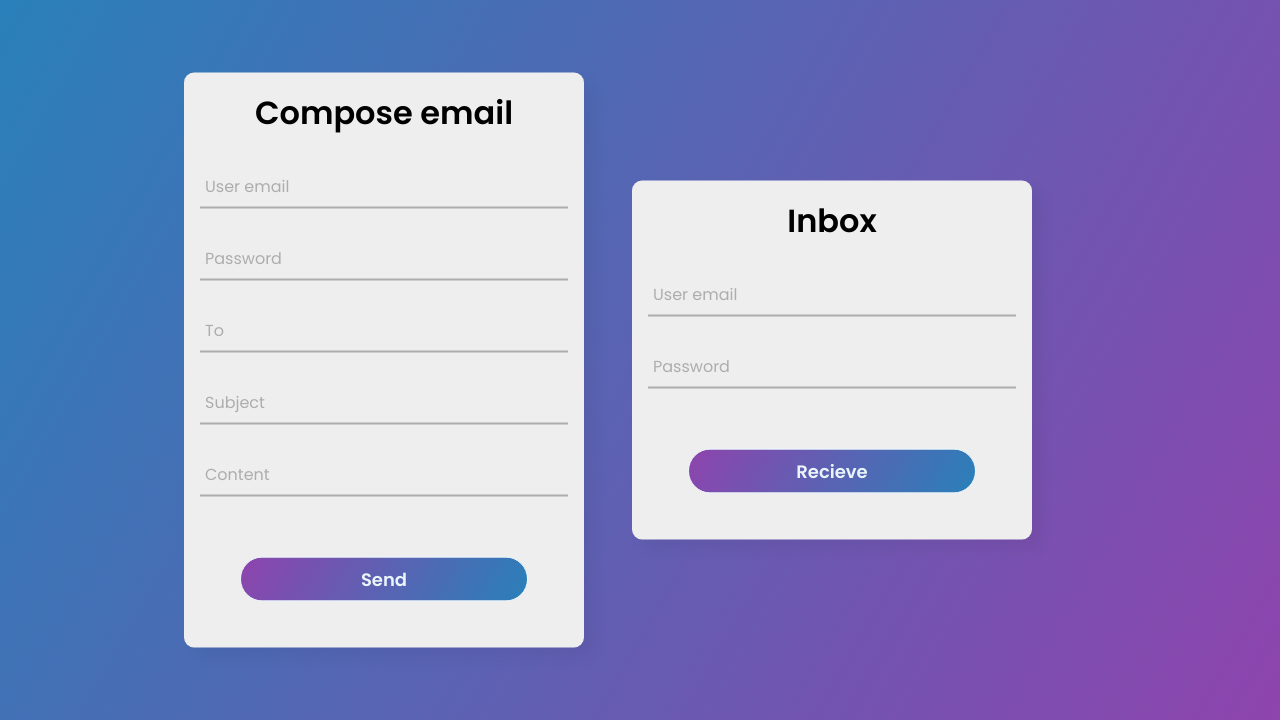
Repository: 20PW01-Abishek/Mail-EZ-in-JAVA
Page: http://localhost/javapackage/
These files come from the project's save history. The page is drawn as it stood at one moment and after the next save; the edit follows.
The browser window is 1280 px wide. The pictures show the whole page.
The page is served by Tomcat 10. Other server files are loaded and not shown.

Above is the page before, as saved 2022-11-06 05:21:41.

### Java package/javapackage/src/main/webapp/index.html
<!DOCTYPE html>
<html>
<head>
<meta charset="ISO-8859-1">
<link rel="stylesheet" href="style1.css">
<title>email-compose</title>
</head>
<body>
	<div class="parent">
	<div class="center1">
      <h1>Compose email</h1>
      <form action="compose" method="post" id="send">
        <div class="txt_field">
          <input type="text" name="from_email" required>
          <span></span>
          <label>User email</label>
        </div>
        <div class="txt_field">
          <input type="password" name="from_password" required>
          <span></span>
          <label>Password</label>
        </div>
        <div class="txt_field">
          <input type="text" name="to_email" required>
          <span></span>
          <label>To</label>
        </div>
        <div class="txt_field">
          <input type="text" name="subject" required>
          <span></span>
          <label>Subject</label>
        </div>
        <div class="txt_field">
          <input type="text" name="content" required>
          <span></span>
          <label>Content</label>
        </div>
        <input type="submit" value="Send">
      </form>
	</div>
	<div class="center2">
		<h1>Inbox</h1>
      	<form action="recieve" method="post" id="recieve">
        	<div class="txt_field">
          		<input type="text" name="from_email" required>
          		<span></span>
          		<label>User email</label>
        	</div>
        	<div class="txt_field">
	          <input type="password" name="from_password" required>
	          <span></span>
	          <label>Password</label>
        	</div>
      		<input type="submit" value="Recieve">
      </form>
    </div>
    </div>
</body>
</html>

### Java package/javapackage/src/main/webapp/style1.css
@import url('https://fonts.googleapis.com/css2?family=Noto+Sans:wght@700&family=Poppins:wght@400;500;600&display=swap');
*{
  margin: 0;
  padding: 0;
  box-sizing: border-box;
  font-family: "Poppins", sans-serif;
}
body{
  margin: 0;
  padding: 0;
  background: linear-gradient(120deg,#2980b9, #8e44ad);
  height: 100vh;
  overflow: hidden;
}

.parent{
	text-align: center;
}

.center1{
  padding: 1rem 1rem;
  vertical-align: middle;
  position: absolute;
  top: 50%;
  left: 30%;
  transform: translate(-50%, -50%);
  width: 400px;
  background: #eee;
  border-radius: 10px;
  box-shadow: 10px 10px 15px rgba(0,0,0,0.05);
}

.center2{
  padding: 1rem 1rem;
  vertical-align: middle;
  position: absolute;
  top: 50%;
  left: 65%;
  transform: translate(-50%, -50%);
  width: 400px;
  background: #eee;
  border-radius: 10px;
  box-shadow: 10px 10px 15px rgba(0,0,0,0.05);
}

.center h1{
  text-align: center;
  padding: 20px 0;
  border-bottom: 1px solid silver;
}
.center form{
  padding: 0 40px;
  box-sizing: border-box;
}
form .txt_field{
  position: relative;
  border-bottom: 2px solid #adadad;
  margin: 30px 0;
}
.txt_field input{
  width: 100%;
  padding: 0 5px;
  height: 40px;
  font-size: 16px;
  border: none;
  background: none;
  outline: none;
}
.txt_field label{
  position: absolute;
  top: 50%;
  left: 5px;
  color: #adadad;
  transform: translateY(-50%);
  font-size: 16px;
  pointer-events: none;
  transition: .5s;
}
.txt_field span::before{
  content: '';
  position: absolute;
  top: 40px;
  left: 0;
  width: 0%;
  height: 2px;
  background: #2691d9;
  transition: .5s;
}
.txt_field input:focus ~ label,
.txt_field input:valid ~ label{
  top: -5px;
  color: #2691d9;
}
.txt_field input:focus ~ span::before,
.txt_field input:valid ~ span::before{
  width: 100%;
}

input[type="submit"]{
  width: 78%;
  height: 45px;
  border: 1px solid;
  background: linear-gradient(120deg,#8e44ad, #2980b9);
  border-radius: 25px;
  font-size: 18px;
  color: #e9f4fb;
  font-weight: 700;
  cursor: pointer;
  outline: none;
  margin: 30px;
}
input[type="submit"]:hover{
  border-width: medium;
  border-color: #2980b9;
  transition: 1s;
}

After the next save:
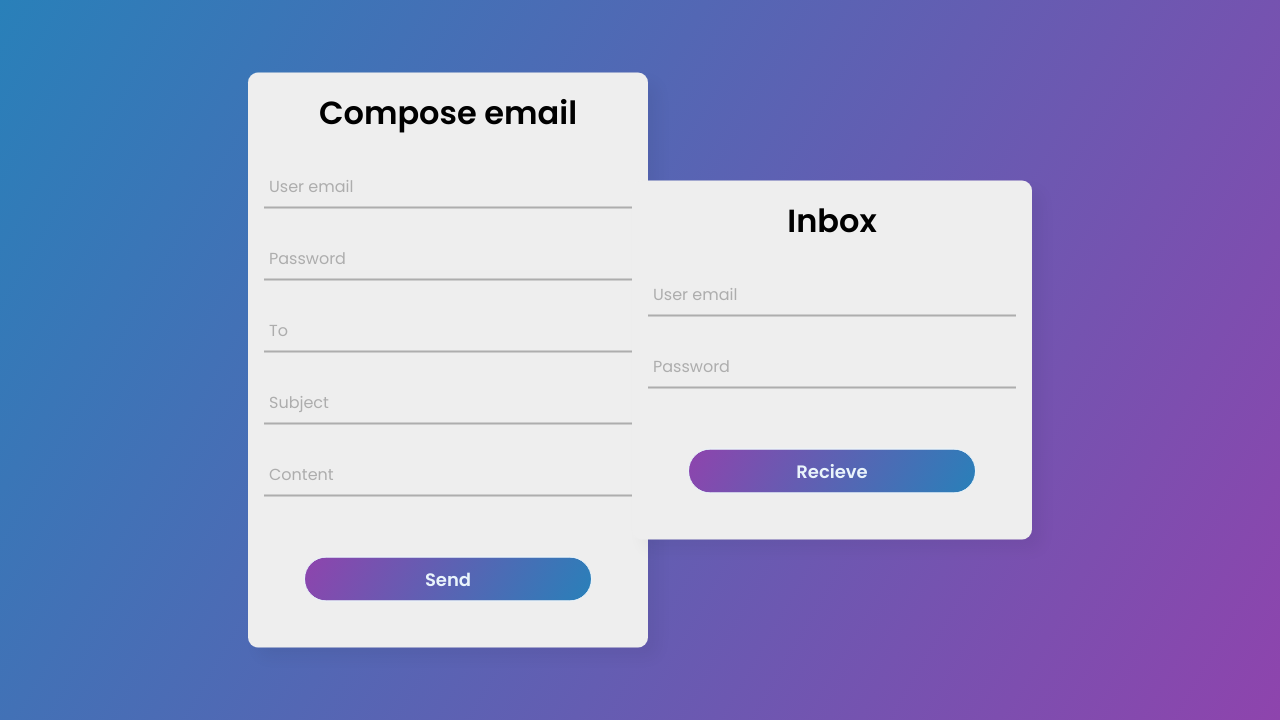
Saved 5 s later.
--- a/Java package/javapackage/src/main/webapp/style1.css
+++ b/Java package/javapackage/src/main/webapp/style1.css
@@ -22,7 +22,7 @@ body{
   vertical-align: middle;
   position: absolute;
   top: 50%;
-  left: 30%;
+  left: 35%;
   transform: translate(-50%, -50%);
   width: 400px;
   background: #eee;
